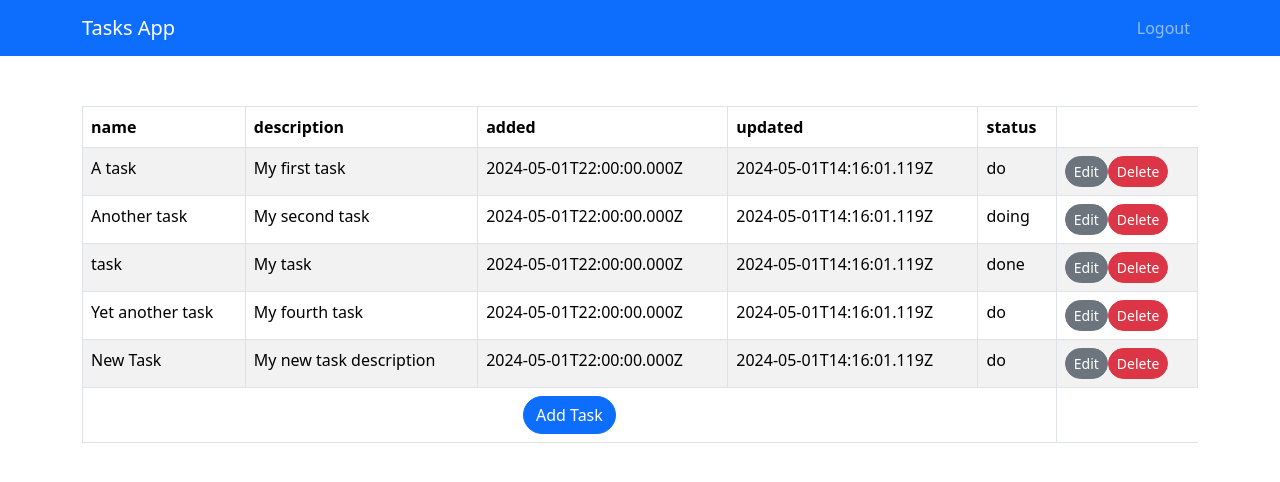
Repository: trider/react-task-manager
Page: /#/tasks
The author's editor kept a copy of each file at every save. The page is drawn from the files as they stood at one save, then again after the next save.
The browser window is 1280 px wide. The pictures show the whole page.
The project was rebuilt for these pictures with package versions that can differ from the ones it lists, and the page was loaded fresh each time. Also part of the build but not shown: src/App.css, src/data/_Users.js, src/pages/Login.js.

Above is the page before, as saved 2024-05-06 15:23:50.

After the next save:
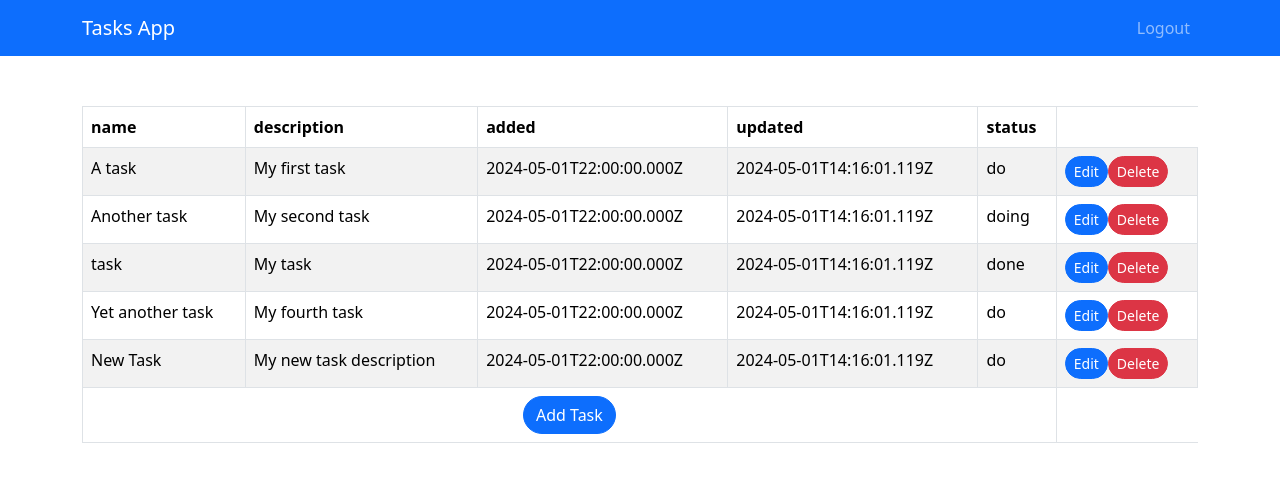
Saved 18 s later.
--- a/src/pages/Task.js
+++ b/src/pages/Task.js
@@ -27,7 +27,7 @@ const TaskTable = () => {
               <td key={col}>{task[col]}</td>
             ))}
             <td>
-            <Button  variant="secondary roundedPill" size='sm' className='rounded-pill'>
+            <Button  variant="primary roundedPill" size='sm' className='rounded-pill'>
               Edit
             </Button>
             <Button  variant="danger roundedPill" size='sm' className='rounded-pill'>
